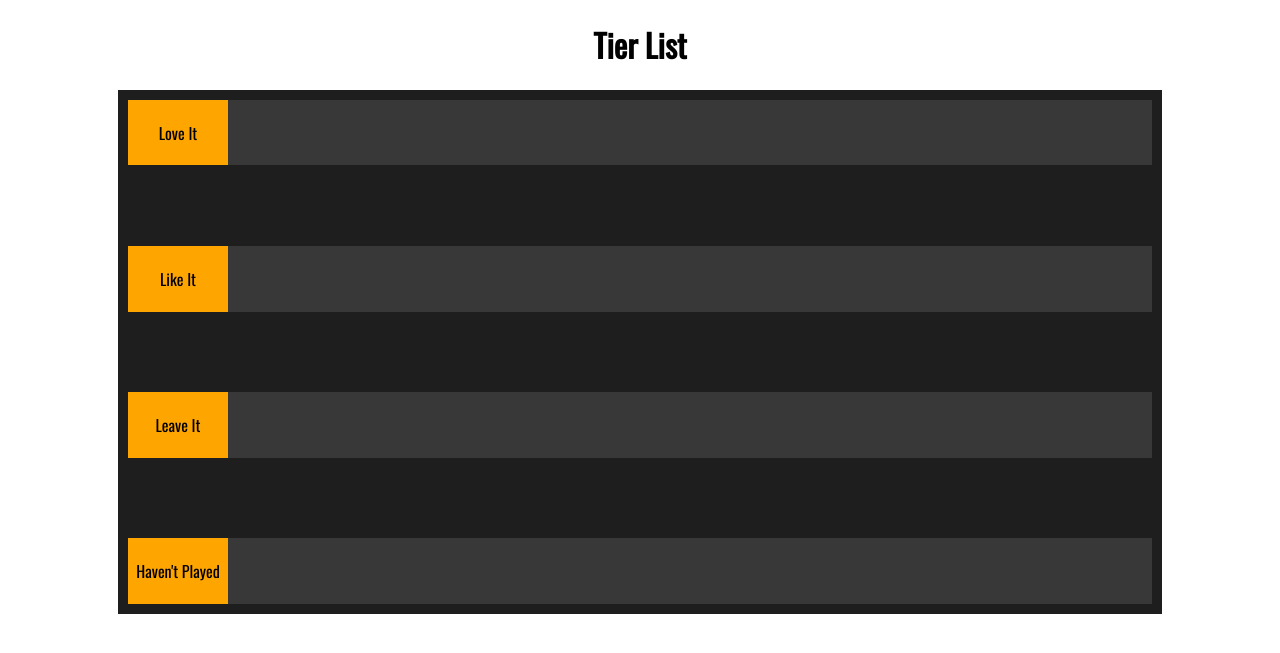
Repository: akiachenise/akiachenise.github.io
Page: JackboxGames_TierList_vanilla/index.html
These files come from the project's save history. The page is drawn as it stood at one moment and after the next save; the edit follows.
The browser window is 1280 px wide. The pictures show the whole page.

Above is the page before, as saved 2022-11-26 14:03:25.

After the next save:
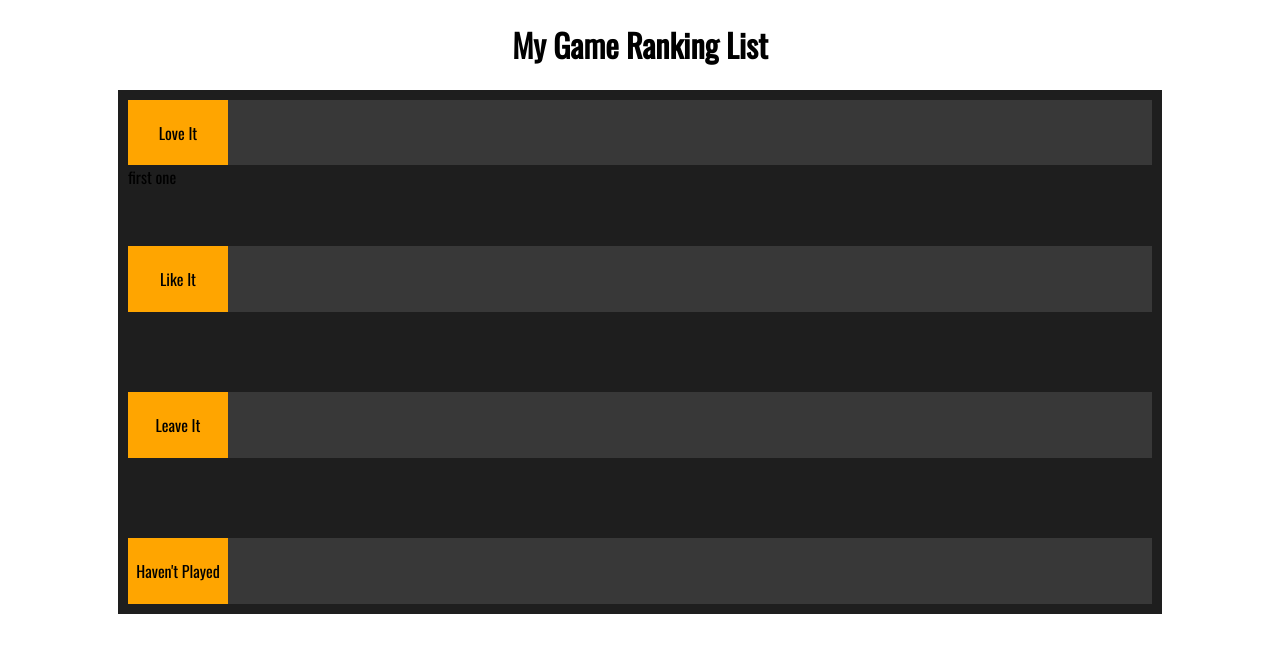
Saved 93 s later.
--- a/JackboxGames_TierList_vanilla/index.html
+++ b/JackboxGames_TierList_vanilla/index.html
@@ -20,10 +20,11 @@
         <a href="#">upgrade your browser</a> to improve your experience.
       </p>
     <![endif]-->
-    <h1>Tier List</h1>
+    <h1>My Game Ranking List</h1>
     <div id="board">
         <div class = "row">
             <div class = "label">Love It</div>
+            <div class="card" id="first">first one</div>
         </div>
         <div class = "row">
             <div class = "label">Like It</div>
